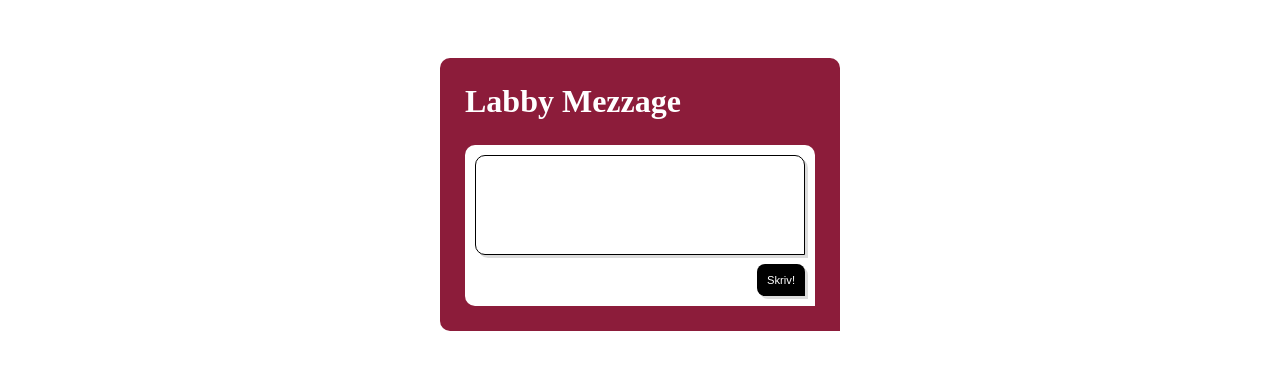
Repository: lw222gu/1dv403-laborationer
Page: 2-labbymezzage/index.html
The author's editor kept a record of every edit. The page is drawn from the files as they stood at one moment, then again after the next edit.
The browser window is 1280 px wide. The pictures show the whole page.
Some web fonts or font styles are not loaded; a fallback is used.

Above is the page before.

After the next edit:
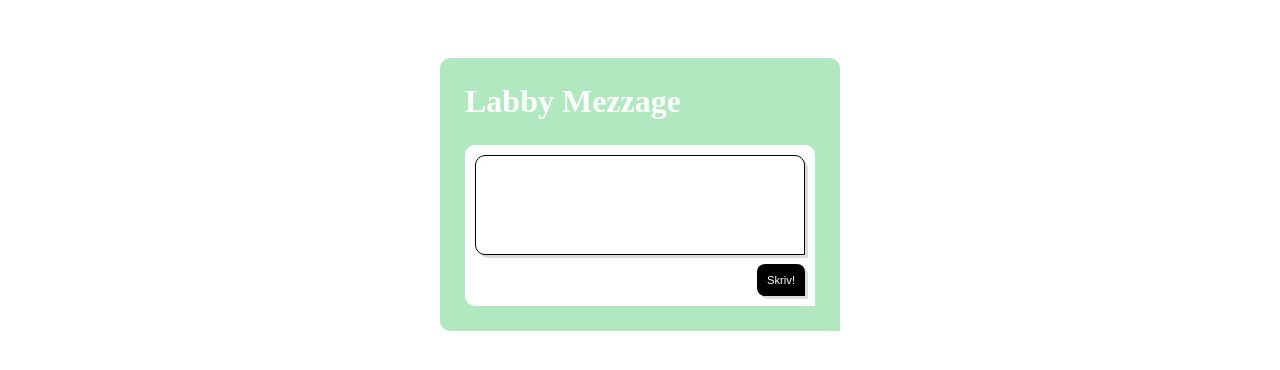
The edit:
--- a/2-labbymezzage/style.css
+++ b/2-labbymezzage/style.css
@@ -7,7 +7,7 @@
 #container {
     max-width: 350px;
     margin: 0 auto 0 auto;
-    background-color:#8C1C3A;
+    background-color:#B1E8C0;
     overflow: auto;
     padding:25px;
     border-radius:10px 10px 0px 10px;
